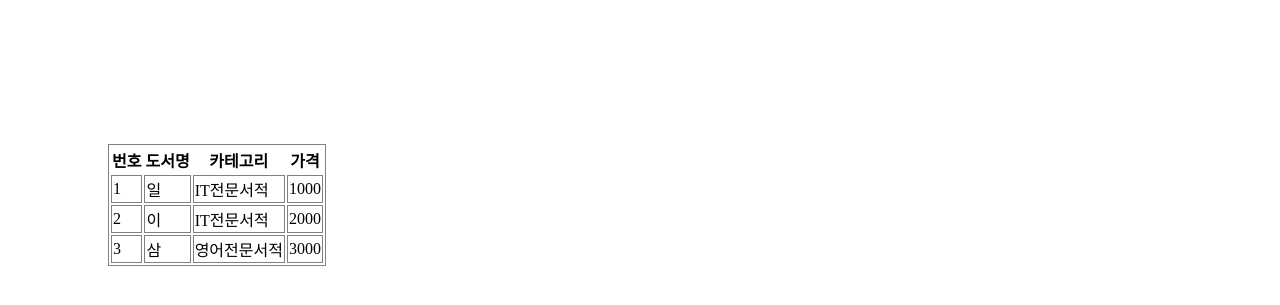
Repository: phoresis92/KITRI_JSP
Page: http://localhost/eljstl2/product.do
An editor plug-in stored every save of this project. The page is shown before and after the next save, followed by the edit.
The browser window is 1280 px wide. The pictures show the whole page.
The page is served by Tomcat 9. Other server files are loaded and not shown.

Above is the page before, as saved 2018-12-20 07:07:17.

### JSP_workspace/eljstl2/WebContent/productlistresult.jsp
<%@ page import="dto.Product"%>
<%@ page import="java.util.ArrayList"%>
<%@ page language="java" contentType="text/html; charset=UTF-8"
	pageEncoding="UTF-8"%>
<%@ taglib prefix="c" uri="http://java.sun.com/jsp/jstl/core"%>
<!DOCTYPE html>
<html>
<head>
<meta charset="UTF-8">
<title>Insert title here</title>

<style type="text/css">
td {
	border: 1px solid gray;
}
</style>

</head>
<body>

	<%-- 	<%
		ArrayList<Product> list = (ArrayList<Product>) request.getAttribute("PROD");
		Product p1 = list.get(0);
		Product p2 = list.get(1);
		Product p3 = list.get(2);
	%>

	<table style="border: 1px solid gray;">
		<tr>
			<th>번호</th>
			<th>도서명</th>
			<th>카테고리</th>
			<th>가격</th>
		</tr>
		<%
			for (Product p : list) {
		%>
		<tr>
			<td><%=p.getProd_no()%></td>
			<td><%=p.getProd_name()%></td>
			<td><%=p.getProd_cate()%></td>
			<td><%=p.getProd_price()%></td>
		</tr>
		<%
			}
		%>

	</table> --%>

	<c:set var="list" value="${ PROD }" />
	<br><br>
	<table style="border: 1px solid gray; margin: 100px;"">
		<tr>
			<th>번호</th>
			<th>도서명</th>
			<th>카테고리</th>
			<th>가격</th>
		</tr>

		<c:forEach items="${ list }" var="prod" varStatus="status">
			<tr>
				<td>${prod.prod_no}</td>
				<td>${prod.prod_name}</td>
				<td>${prod.prod_cate}</td>
				<td>${prod.prod_price}</td>
			</tr>
		</c:forEach>

	</table>

</body>
</html>

### JSP_workspace/eljstl2/src/control/ProductListServlet.java
package control;

import java.io.IOException;
import java.util.ArrayList;
import java.util.List;

import javax.servlet.RequestDispatcher;
import javax.servlet.ServletException;
import javax.servlet.annotation.WebServlet;
import javax.servlet.http.HttpServlet;
import javax.servlet.http.HttpServletRequest;
import javax.servlet.http.HttpServletResponse;

import dto.Category;
import dto.Product;

@WebServlet("/product.do")
public class ProductListServlet extends HttpServlet {
	private static final long serialVersionUID = -5727566417040289456L;

	@Override
	protected void doGet(HttpServletRequest req, HttpServletResponse resp) throws ServletException, IOException {

		List<Product> list = new ArrayList<>();

		Category cate = new Category("it", "IT전문서적");

		Product p1 = new Product("1", "일", cate, 1000);
		list.add(p1);
		Product p2 = new Product("2", "이", cate, 2000);
		list.add(p2);

		Category cate1 = new Category("en", "영어전문서적");
		Product p3 = new Product("3","삼", cate1, 3000);
		list.add(p3);

		req.setAttribute("PROD", list);
		String path = "/productlistresult.jsp";
		RequestDispatcher rd = req.getRequestDispatcher(path);
		rd.forward(req, resp);
	}



}

### JSP_workspace/eljstl2/src/dto/Category.java
package dto;

public class Category {

	private String cate_no;
	private String cate_name;

	public Category() {
		super();
	}

	public Category(String cate_no, String cate_name) {
		super();
		this.cate_no = cate_no;
		this.cate_name = cate_name;
	}



	@Override
	public String toString() {
		return cate_name;
	}

	public String getCate_no() {
		return cate_no;
	}
	public void setCate_no(String cate_no) {
		this.cate_no = cate_no;
	}
	public String getCate_name() {
		return cate_name;
	}
	public void setCate_name(String cate_name) {
		this.cate_name = cate_name;
	}

}

### JSP_workspace/eljstl2/src/dto/Product.java
package dto;

public class Product {

	private String prod_no;
	private String prod_name;
	private Category prod_cate;
	private int prod_price;



	@Override
	public String toString() {
		return "Product [prod_no=" + prod_no + ", prod_name=" + prod_name + ", prod_cate=" + prod_cate + ", prod_price="
				+ prod_price + "]";
	}

	public Product(String prod_no, String prod_name, Category prod_cate, int prod_price) {
		super();
		this.prod_no = prod_no;
		this.prod_name = prod_name;
		this.prod_cate = prod_cate;
		this.prod_price = prod_price;
	}

	public Product() {
		super();
	}

	public String getProd_no() {
		return prod_no;
	}
	public void setProd_no(String prod_no) {
		this.prod_no = prod_no;
	}
	public String getProd_name() {
		return prod_name;
	}
	public void setProd_name(String prod_name) {
		this.prod_name = prod_name;
	}
	public Category getProd_cate() {
		return prod_cate;
	}
	public void setProd_cate(Category prod_cate) {
		this.prod_cate = prod_cate;
	}
	public int getProd_price() {
		return prod_price;
	}
	public void setProd_price(int prod_price) {
		this.prod_price = prod_price;
	}

}

After the next save:
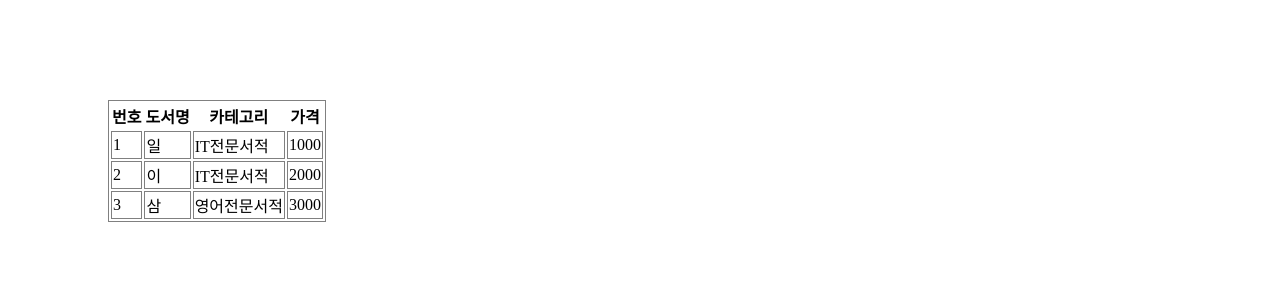
Saved 6 s later.
--- a/JSP_workspace/eljstl2/WebContent/productlistresult.jsp
+++ b/JSP_workspace/eljstl2/WebContent/productlistresult.jsp
@@ -48,7 +48,6 @@ td {
 	</table> --%>
 
 	<c:set var="list" value="${ PROD }" />
-	<br><br>
 	<table style="border: 1px solid gray; margin: 100px;"">
 		<tr>
 			<th>번호</th>
